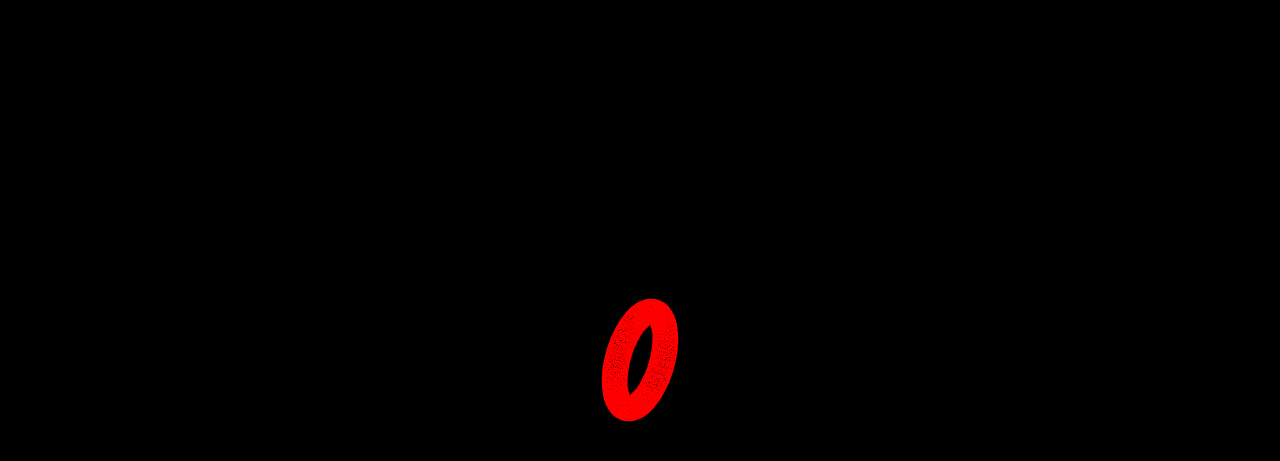
Repository: otterolie/multipleWindow3dScene
Page: multipleWindow3dScene/index.html
These files come from the project's save history. The page is drawn as it stood at one moment and after the next save; the edit follows.
The browser window is 1280 px wide. The pictures show the whole page.

Above is the page before, as saved 2023-11-23 18:41:28.

### multipleWindow3dScene/index.html
<!doctype html>
<html lang="en">
  <head>
    <title>3d example using three.js and multiple windows</title>
    <script type="text/javascript" src="three.r124.min.js"></script>
    <style type="text/css">
      * {
        margin: 0;
        padding: 0;
      }
    </style>
  </head>
  <body>
    <script type="module" src="main.js"></script>
  </body>
</html>

### multipleWindow3dScene/main.js
import WindowManager from "./WindowManager.js";

const t = THREE;
let camera, scene, renderer, world;
let near, far;
let pixR = window.devicePixelRatio ? window.devicePixelRatio : 1;
let tori = []; // renamed from 'cubes' to 'tori'
let sceneOffsetTarget = { x: 0, y: 0 };
let sceneOffset = { x: 0, y: 0 };

let today = new Date();
today.setHours(0);
today.setMinutes(0);
today.setSeconds(0);
today.setMilliseconds(0);
today = today.getTime();

let internalTime = getTime();
let windowManager;
let initialized = false;

function getTime() {
  return (new Date().getTime() - today) / 1000.0;
}

if (new URLSearchParams(window.location.search).get("clear")) {
  localStorage.clear();
} else {
  document.addEventListener("visibilitychange", () => {
    if (document.visibilityState != "hidden" && !initialized) {
      init();
    }
  });

  window.onload = () => {
    if (document.visibilityState != "hidden") {
      init();
    }
  };

  function init() {
    initialized = true;
    setTimeout(() => {
      setupScene();
      setupWindowManager();
      resize();
      updateWindowShape(false);
      render();
      window.addEventListener("resize", resize);
    }, 500);
  }

  function setupScene() {
    camera = new t.OrthographicCamera(
      0,
      0,
      window.innerWidth,
      window.innerHeight,
      -10000,
      10000
    );

    camera.position.z = 2.5;
    near = camera.position.z - 0.5;
    far = camera.position.z + 0.5;

    scene = new t.Scene();
    scene.background = new t.Color(0.0);
    scene.add(camera);

    renderer = new t.WebGLRenderer({ antialias: true, depthBuffer: true });
    renderer.setPixelRatio(pixR);

    world = new t.Object3D();
    scene.add(world);

    renderer.domElement.setAttribute("id", "scene");
    document.body.appendChild(renderer.domElement);
  }

  function setupWindowManager() {
    windowManager = new WindowManager();
    windowManager.setWinShapeChangeCallback(updateWindowShape);
    windowManager.setWinChangeCallback(windowsUpdated);

    let metaData = { foo: "bar" };
    windowManager.init(metaData);

    windowsUpdated();
  }

  function windowsUpdated() {
    updateNumberOfTori(); // renamed from updateNumberOfCubes
  }

  function updateNumberOfTori() {
    let wins = windowManager.getWindows();

    tori.forEach((c) => {
      world.remove(c);
    });

    tori = [];

    for (let i = 0; i < wins.length; i++) {
      let win = wins[i];

      let c = new t.Color();
      c.setHSL(i * 0.1, 1.0, 0.5);

      let s = 50 + i * 25;
      let torus = new t.Mesh(
        new t.TorusGeometry(s, s / 4, 16, 100),
        new t.MeshBasicMaterial({ color: c, wireframe: true })
      );
      torus.position.x = win.shape.x + win.shape.w * 0.5;
      torus.position.y = win.shape.y + win.shape.h * 0.5;

      world.add(torus);
      tori.push(torus);
    }
  }

  function updateWindowShape(easing = true) {
    sceneOffsetTarget = { x: -window.screenX, y: -window.screenY };
    if (!easing) sceneOffset = sceneOffsetTarget;
  }

  function render() {
    let t = getTime();

    windowManager.update();

    // Calculate the new position based on the offset delta times a falloff value for smooth effect
    let falloff = 0.05;
    sceneOffset.x =
      sceneOffset.x + (sceneOffsetTarget.x - sceneOffset.x) * falloff;
    sceneOffset.y =
      sceneOffset.y + (sceneOffsetTarget.y - sceneOffset.y) * falloff;

    // Set the world position to the offset
    world.position.x = sceneOffset.x;
    world.position.y = sceneOffset.y;

    let wins = windowManager.getWindows();

    // Loop through all tori and update their positions and rotations based on current window positions
    for (let i = 0; i < tori.length; i++) {
      let torus = tori[i];
      let win = wins[i];

      let posTarget = {
        x: win.shape.x + win.shape.w * 0.5,
        y: win.shape.y + win.shape.h * 0.5,
      };

      torus.position.x =
        torus.position.x + (posTarget.x - torus.position.x) * falloff;
      torus.position.y =
        torus.position.y + (posTarget.y - torus.position.y) * falloff;

      // Adjust rotation logic for tori
      torus.rotation.x = t * 0.2; // Adjust rotation speed and axis as needed
      torus.rotation.y = t * 0.4;
    }

    renderer.render(scene, camera);
    requestAnimationFrame(render);
  }

  function resize() {
    let width = window.innerWidth;
    let height = window.innerHeight;

    camera = new t.OrthographicCamera(0, width, 0, height, -10000, 10000);
    camera.updateProjectionMatrix();
    renderer.setSize(width, height);
  }
}

### multipleWindow3dScene/WindowManager.js
class WindowManager {
  #windows;
  #count;
  #id;
  #winData;
  #winShapeChangeCallback;
  #winChangeCallback;

  constructor() {
    let that = this;

    // event listener for when localStorage is changed from another window
    addEventListener("storage", (event) => {
      if (event.key == "windows") {
        let newWindows = JSON.parse(event.newValue);
        let winChange = that.#didWindowsChange(that.#windows, newWindows);

        that.#windows = newWindows;

        if (winChange) {
          if (that.#winChangeCallback) that.#winChangeCallback();
        }
      }
    });

    // event listener for when current window is about to ble closed
    window.addEventListener("beforeunload", function (e) {
      let index = that.getWindowIndexFromId(that.#id);

      //remove this window from the list and update local storage
      that.#windows.splice(index, 1);
      that.updateWindowsLocalStorage();
    });
  }

  // check if theres any changes to the window list
  #didWindowsChange(pWins, nWins) {
    if (pWins.length != nWins.length) {
      return true;
    } else {
      let c = false;

      for (let i = 0; i < pWins.length; i++) {
        if (pWins[i].id != nWins[i].id) c = true;
      }

      return c;
    }
  }

  // initiate current window (add metadata for custom data to store with each window instance)
  init(metaData) {
    this.#windows = JSON.parse(localStorage.getItem("windows")) || [];
    this.#count = localStorage.getItem("count") || 0;
    this.#count++;

    this.#id = this.#count;
    let shape = this.getWinShape();
    this.#winData = { id: this.#id, shape: shape, metaData: metaData };
    this.#windows.push(this.#winData);

    localStorage.setItem("count", this.#count);
    this.updateWindowsLocalStorage();
  }

  getWinShape() {
    let shape = {
      x: window.screenLeft,
      y: window.screenTop,
      w: window.innerWidth,
      h: window.innerHeight,
    };
    return shape;
  }

  getWindowIndexFromId(id) {
    let index = -1;

    for (let i = 0; i < this.#windows.length; i++) {
      if (this.#windows[i].id == id) index = i;
    }

    return index;
  }

  updateWindowsLocalStorage() {
    localStorage.setItem("windows", JSON.stringify(this.#windows));
  }

  update() {
    //console.log(step);
    let winShape = this.getWinShape();

    //console.log(winShape.x, winShape.y);

    if (
      winShape.x != this.#winData.shape.x ||
      winShape.y != this.#winData.shape.y ||
      winShape.w != this.#winData.shape.w ||
      winShape.h != this.#winData.shape.h
    ) {
      this.#winData.shape = winShape;

      let index = this.getWindowIndexFromId(this.#id);
      this.#windows[index].shape = winShape;

      //console.log(windows);
      if (this.#winShapeChangeCallback) this.#winShapeChangeCallback();
      this.updateWindowsLocalStorage();
    }
  }

  setWinShapeChangeCallback(callback) {
    this.#winShapeChangeCallback = callback;
  }

  setWinChangeCallback(callback) {
    this.#winChangeCallback = callback;
  }

  getWindows() {
    return this.#windows;
  }

  getThisWindowData() {
    return this.#winData;
  }

  getThisWindowID() {
    return this.#id;
  }
}

export default WindowManager;

Loaded but not shown: three.r124.min.js (library)

After the next save:
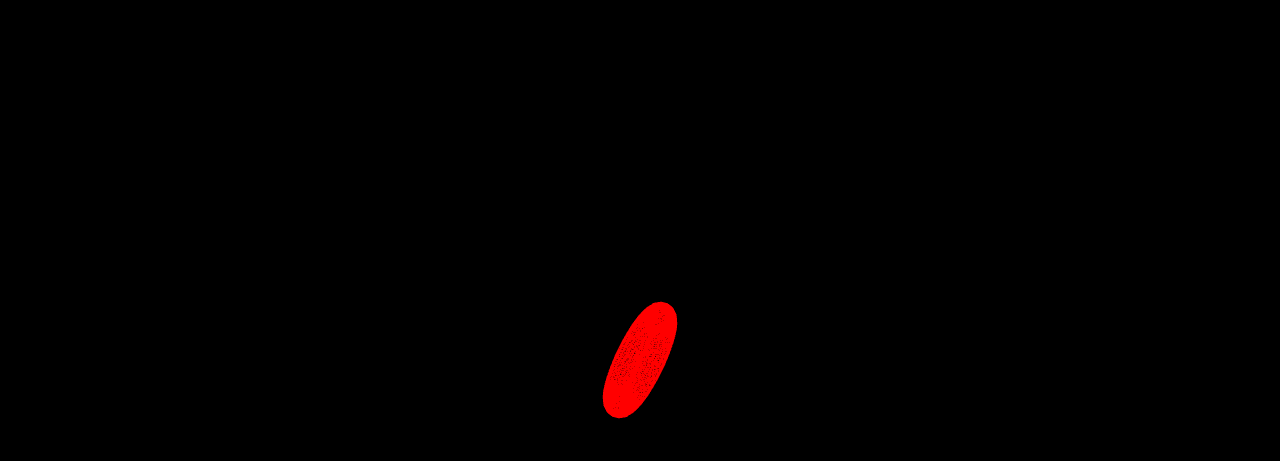
Saved 72 s later.
--- a/multipleWindow3dScene/main.js
+++ b/multipleWindow3dScene/main.js
@@ -160,8 +160,8 @@ if (new URLSearchParams(window.location.search).get("clear")) {
         torus.position.y + (posTarget.y - torus.position.y) * falloff;
 
       // Adjust rotation logic for tori
-      torus.rotation.x = t * 0.2; // Adjust rotation speed and axis as needed
-      torus.rotation.y = t * 0.4;
+      torus.rotation.x = t * 0.8; // Adjust rotation speed and axis as needed
+      torus.rotation.y = t * 0.8;
     }
 
     renderer.render(scene, camera);
